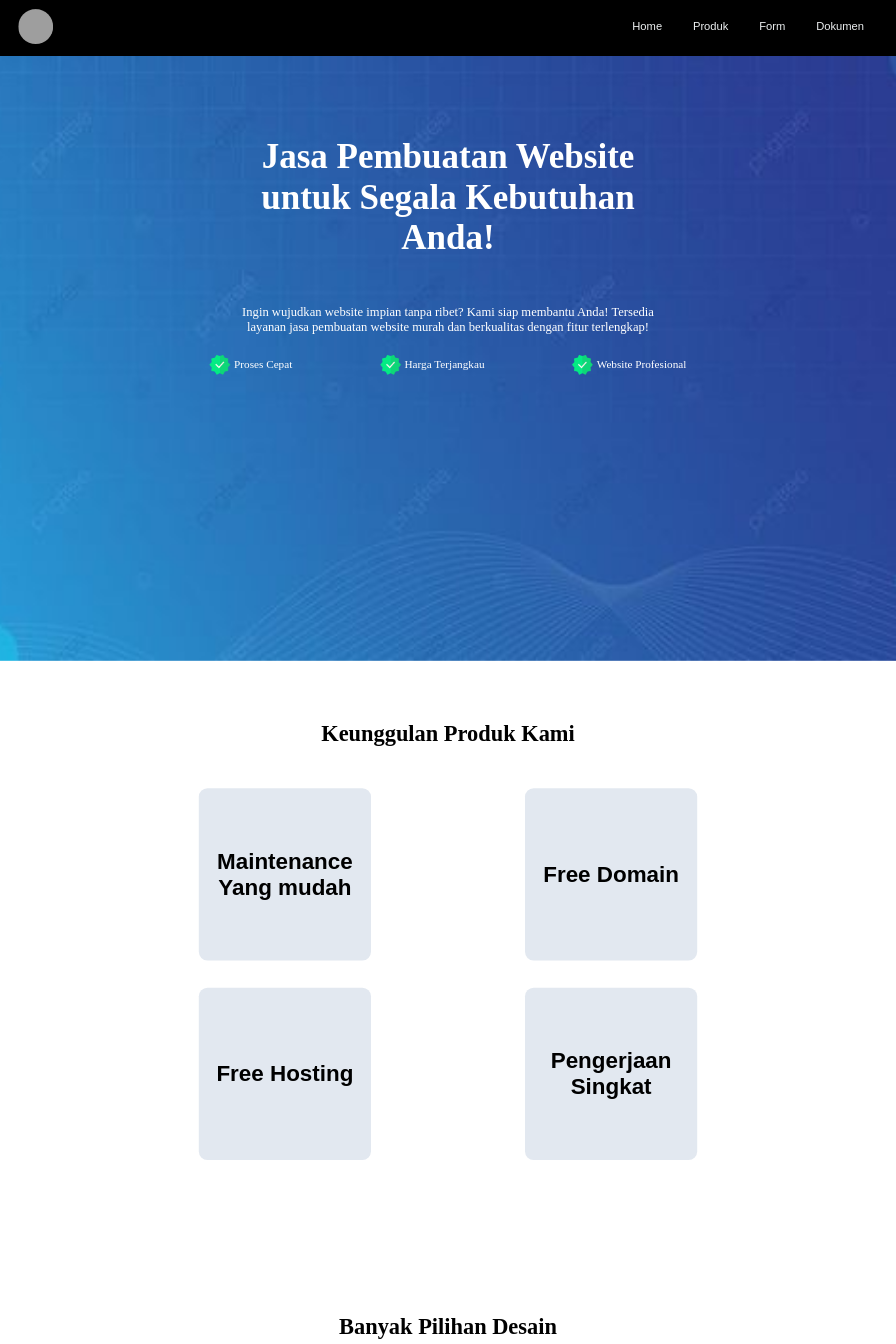
Repository: zecht12/TimModul
Page: TimModul.html
These files come from the project's save history. The page is drawn as it stood at one moment and after a run of saves; the edit follows.
The browser window is 1280 px wide. The pictures show the part of the page from y = 0 to 1920 px (the page is 3920 px tall), at 70% of full size.
Pictures or frames that could not be fetched are drawn as grey boxes.

Above is the page before, as saved 2023-04-25 19:38:36.

After the next 2 saves:
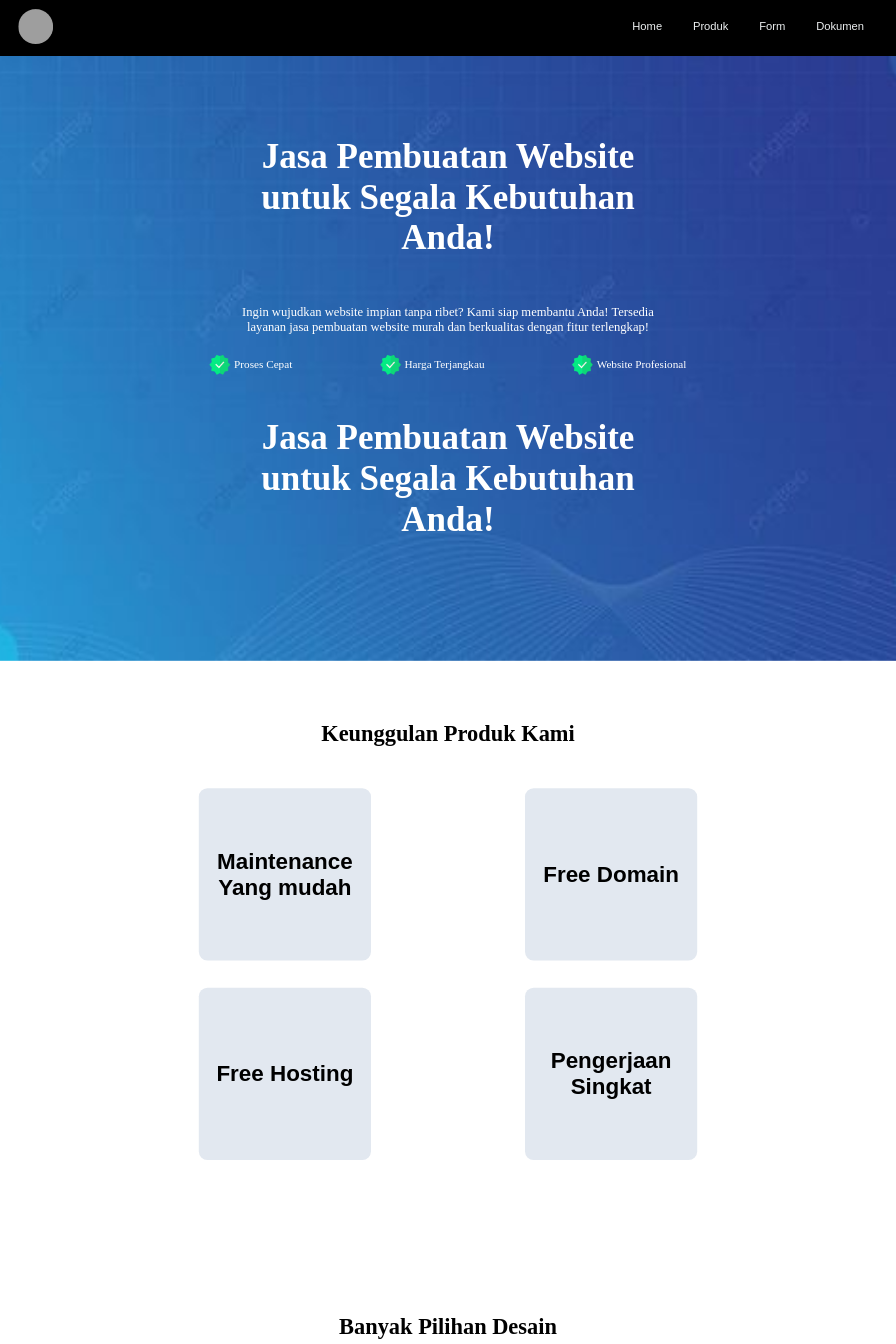
The 2 saves are shown as one change because they came seconds apart.
The last was saved 35 s later.
--- a/TimModul.html
+++ b/TimModul.html
@@ -45,6 +45,9 @@
                         <img src="./assets/check.png" alt="check" width="30px" height="30px">
                         <p style="text-align: center; color: white; font-size: medium; width: 80%; ">Website Profesional</p>
                     </div>
+                </div>
+                <div style=" display: flex; justify-content: center; align-items: start; margin: auto;">
+                    <p style="text-align: center; color: white; font-size: 50px; font-weight: bold; width: 80%;">Jasa Pembuatan Website untuk Segala Kebutuhan Anda!</p>
                 </div>
             </div>
             <div style="height: auto; width: 15%; display: flex; justify-content: center; align-items: center;">

After the save that followed:
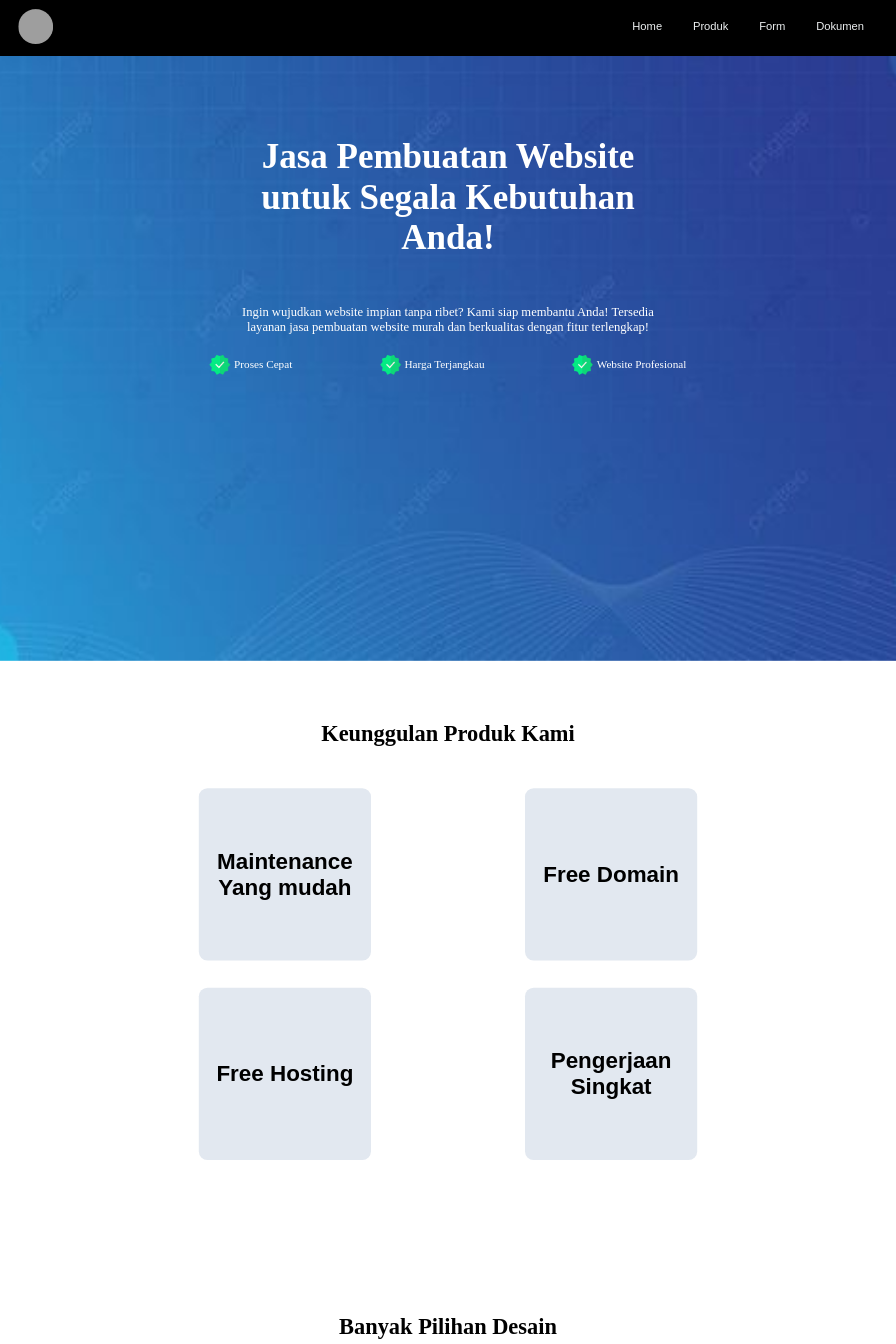
Saved 6 s later.
--- a/TimModul.html
+++ b/TimModul.html
@@ -47,7 +47,7 @@
                     </div>
                 </div>
                 <div style=" display: flex; justify-content: center; align-items: start; margin: auto;">
-                    <p style="text-align: center; color: white; font-size: 50px; font-weight: bold; width: 80%;">Jasa Pembuatan Website untuk Segala Kebutuhan Anda!</p>
+                    <p style="text-align: center; color: white; font-size: 50px; font-weight: bold; width: 80%;"></p>
                 </div>
             </div>
             <div style="height: auto; width: 15%; display: flex; justify-content: center; align-items: center;">
